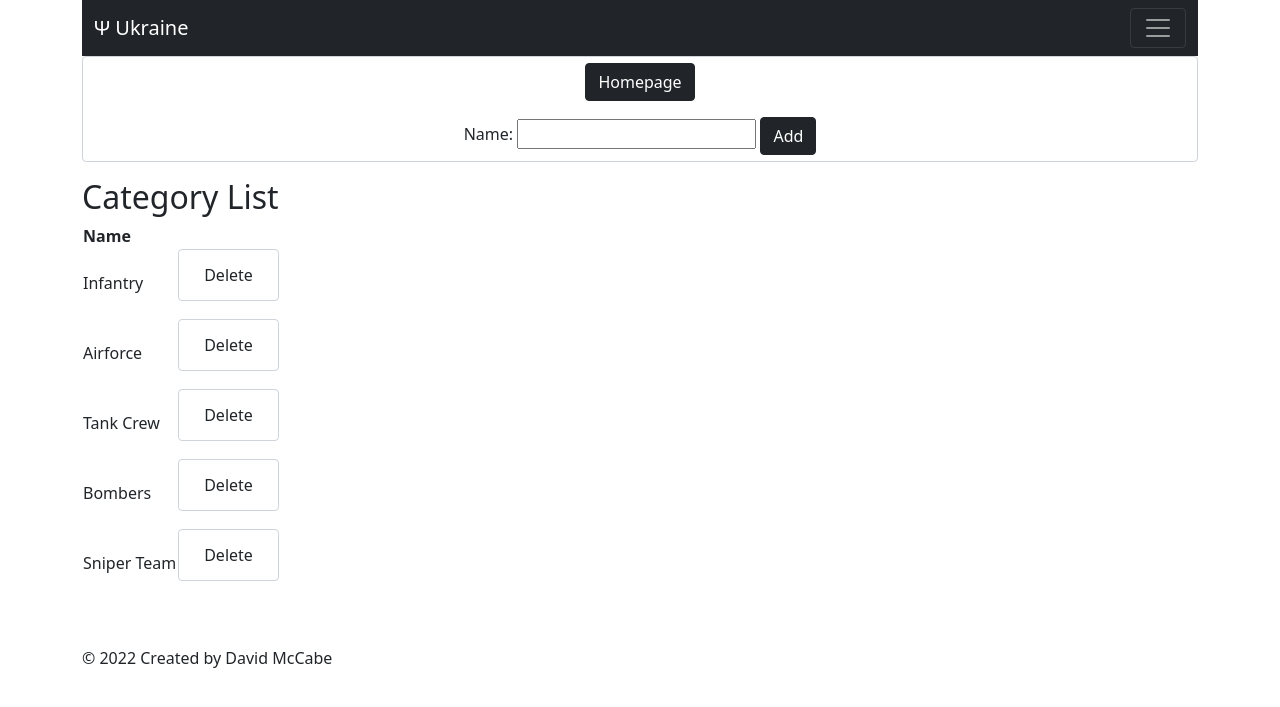
Repository: davidDKIT/ca2-davidmccabe-php
Page: http://localhost/category_list.php
The author's editor kept a copy of each file at every save. The page is drawn from the files as they stood at one save, then again after the next save.
The browser window is 1280 px wide. The pictures show the whole page.
The page is run by PHP 8.4 with error messages shown; the project is at /var/www/html/. The database holds what the project's SQL file puts in it.

Above is the page before, as saved 2022-03-16 20:09:11.

### category_list.php
<?php
    require_once('database.php');

    // Get all categories
    $query = 'SELECT * FROM categories
              ORDER BY categoryID';
    $statement = $db->prepare($query);
    $statement->execute();
    $categories = $statement->fetchAll();
    $statement->closeCursor();
?>
<!-- the head section -->
<div class="container">
<?php
include('includes/header.php');
?>

    <form class="form-control" style = "text-align: center; display: inline-block" action="add_category.php" method="post"
          id="add_category_form">
          <p><a class="btn btn-dark" style = "text-align: center; display: inline-block"  href="index.php">Homepage</a></p>

        <label>Name:</label>
        <input type="input" name="name">
        <input class="btn btn-dark" id="add_category_button" type="submit" value="Add">
    </form>
    <h2>Category List</h2>
    <table>
        <tr>
            <th>Name</th>
            <th>&nbsp;</th>
        </tr>
        <?php foreach ($categories as $category) : ?>
        <tr>
            <td><?php echo $category['categoryName']; ?></td>
            <td>
                <form style = "text-align: center; display: inline-block" class="form-control" action="delete_category.php" method="post"
                      id="delete_product_form">
                    <input type="hidden" name="category_id"
                           value="<?php echo $category['categoryID']; ?>">
                    <input class= "btn" type="submit" value="Delete">
                </form>
            </td>
        </tr>
        <?php endforeach; ?>
    </table>
    <br>
    <br>
    <?php
include('includes/footer.php');
?>

### database.php
<?php
    $dsn = 'mysql:host=localhost;dbname=ukraine_signup';
    $username = 'root';
    $password = '';

    try {
        $db = new PDO($dsn, $username, $password);
    } catch (PDOException $e) {
        $error_message = $e->getMessage();
        include('database_error.php');
        exit();
    }
?>

### includes/header.php
<!-- the head section -->
<?php
if (isset($_POST['submit'])) {
  $searchValue = $_POST['search'];
  $con = new mysqli("localhost", "root", "", "ukraine_signup");
  if ($con->connect_error) {
    echo "connection Failed: " . $con->connect_error;
  } else {
    $sql = "SELECT * FROM recruits WHERE recruitName LIKE '%$searchValue%'";

    $result = $con->query($sql);
    while ($row = $result->fetch_assoc()) {
      echo "Recruit found in database: " . $row['recruitName'] . '<br>' . "Their job associated: " . $row['job'] . '<br>' . '<br>';
    }
  }
}
?>

<head>
  <title>Ukraine Sign Up</title>
  <link href="https://cdn.jsdelivr.net/npm/bootstrap@5.1.3/dist/css/bootstrap.min.css" rel="stylesheet" integrity="sha384-1BmE4kWBq78iYhFldvKuhfTAU6auU8tT94WrHftjDbrCEXSU1oBoqyl2QvZ6jIW3" crossorigin="anonymous">
  <!-- Custom styles for this template-->
  <script src="https://cdn.jsdelivr.net/npm/bootstrap@5.1.3/dist/js/bootstrap.bundle.min.js" integrity="sha384-ka7Sk0Gln4gmtz2MlQnikT1wXgYsOg+OMhuP+IlRH9sENBO0LRn5q+8nbTov4+1p" crossorigin="anonymous"></script>

</head>

<!-- the body section -->

<body>
  <nav class="navbar navbar-dark bg-dark">
    <div class="container-fluid">
      <a class="navbar-brand" href="main.php">Ψ Ukraine</a>
      <button class="navbar-toggler" type="button" data-bs-toggle="collapse" data-bs-target="#navbarNavDropdown" aria-controls="navbarNavDropdown" aria-expanded="false" aria-label="Toggle navigation">
        <span class="navbar-toggler-icon"></span>
      </button>
      <div class="collapse navbar-collapse" id="navbarNavDropdown">
        <ul class="navbar-nav">
          <li class="nav-item">
            <a class="nav-link active" aria-current="page" href="index.php">Home</a>
          </li>
          <li class="nav-item">
            <a class="nav-link" href="category_list.php">Manage Categories</a>
          </li>
          <li class="nav-item">
            <a class="nav-link" href="add_record_form.php">Add New Recruit</a>
          </li>
          <form class="form-inline my-2 my-lg-0" method = "post" action = "search_recruit.php">
            <input class="form-control mr-sm-2" type="search" placeholder="Search" aria-label="Search">
            <button class="btn btn-outline-success my-2 my-sm-0" type="submit">Search</button>
          </form>

        </ul>
      </div>
    </div>
  </nav>

### includes/footer.php
<footer>
<p>&copy; <?php echo date("Y"); ?> Created by David McCabe</p>
</footer>
</div><!-- close div container -->
</body>
</html>

### data-for-your-database.sql (the tables this page reads)
CREATE TABLE `categories` (
  `categoryID` int(11) NOT NULL AUTO_INCREMENT,
  `categoryName` varchar(255) NOT NULL,
  PRIMARY KEY (categoryID)
) ENGINE=InnoDB DEFAULT CHARSET=utf8;

INSERT INTO `categories` (`categoryID`, `categoryName`) VALUES
(1, 'Infantry'),
(2, 'Airforce'),
(3, 'Tank Crew'),
(4, 'Bombers'),
(5, 'Sniper Team');

ALTER TABLE `categories`
  ADD PRIMARY KEY (`categoryID`);

ALTER TABLE `categories`
  MODIFY `categoryID` int(11) NOT NULL AUTO_INCREMENT, AUTO_INCREMENT=3;

After the next save:
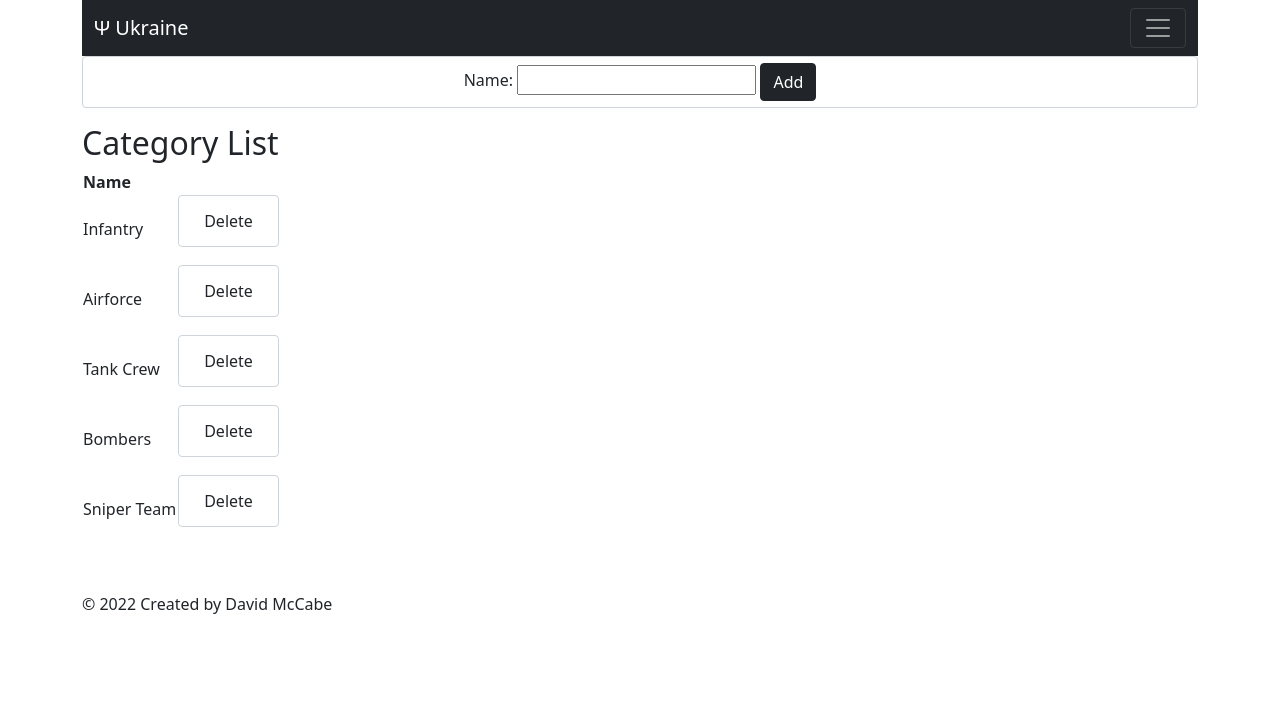
Saved 37 min 44 s later.
--- a/category_list.php
+++ b/category_list.php
@@ -17,8 +17,6 @@ include('includes/header.php');
 
     <form class="form-control" style = "text-align: center; display: inline-block" action="add_category.php" method="post"
           id="add_category_form">
-          <p><a class="btn btn-dark" style = "text-align: center; display: inline-block"  href="index.php">Homepage</a></p>
-
         <label>Name:</label>
         <input type="input" name="name">
         <input class="btn btn-dark" id="add_category_button" type="submit" value="Add">
